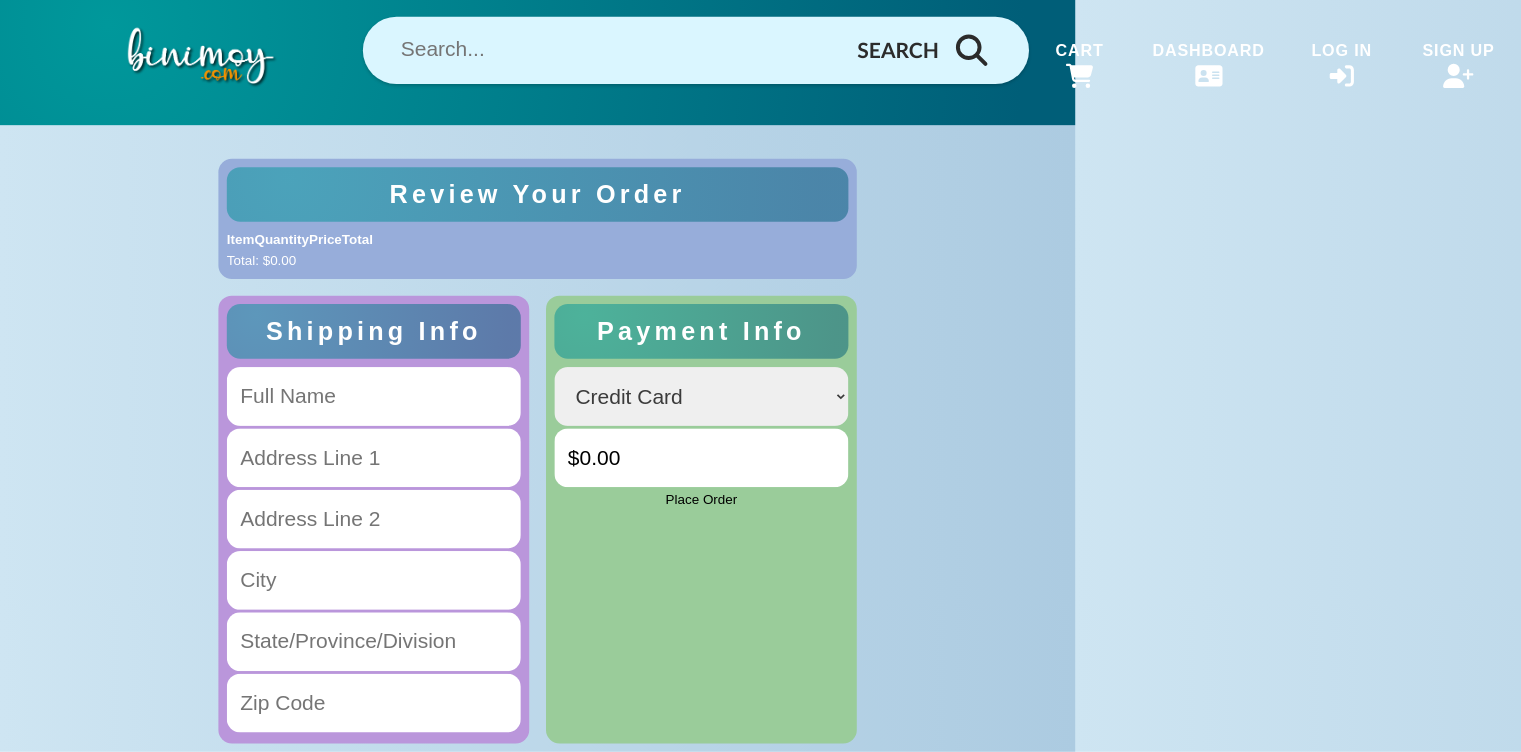
Repository: Shadman2024/2_1_DatabaseProject
Page: /checkout (app in frontend/)
An editor plug-in stored every save of this project. The page is shown before and after the next save, followed by the edit.
The browser window is 1280 px wide. The page is 1811 px wide, so the pictures cover 1811 px, including what lies to the right of the window. The pictures show the whole page, at 84% of full size.
Some web libraries are served in a nearby version. The project was rebuilt for these pictures with package versions that can differ from the ones it lists, and the page was loaded fresh each time. Also part of the build but not shown: frontend/src/App.css, frontend/src/signUp/signup.js, frontend/src/logIn/login.js, frontend/src/Home/home.module.css, frontend/src/Home/hero.js, frontend/src/Home/hero2.js, frontend/src/Home/hero3.js, frontend/src/Home/smallcategory.module.css and 31 more.

Above is the page before, as saved 2024-03-08 15:28:36.

After the next save:
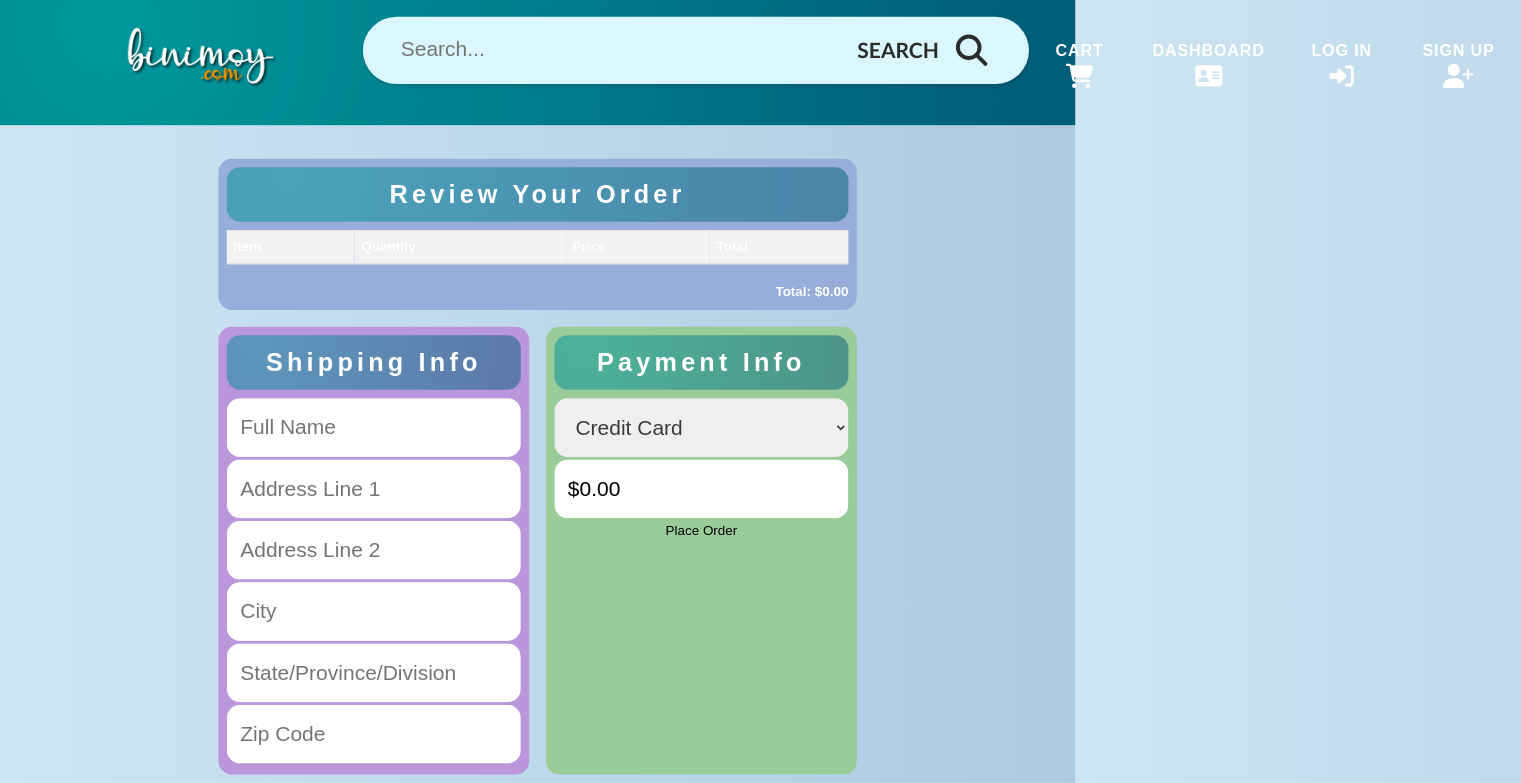
Saved 2 min 23 s later.
--- a/frontend/src/checkout/checkout.module.css
+++ b/frontend/src/checkout/checkout.module.css
@@ -103,3 +103,30 @@ input[type="text"]:focus {
     font-weight: bold; /* Optional: makes label text bold */
     font-size: 25px;
   }
+
+  .reviewTable {
+    width: 100%;
+    border-collapse: collapse;
+    margin-bottom: 20px;
+  }
+
+  .reviewTable th,
+  .reviewTable td {
+    text-align: left;
+    padding: 8px;
+    border-bottom: 1px solid #ddd;
+  }
+
+  .reviewTable th {
+    background-color: #f2f2f2;
+  }
+
+  .reviewTable tr:hover {
+    background-color: #f5f5f5;
+  }
+
+  .totalAmount {
+    font-weight: bold;
+    text-align: right;
+    margin-top: 10px;
+  }
